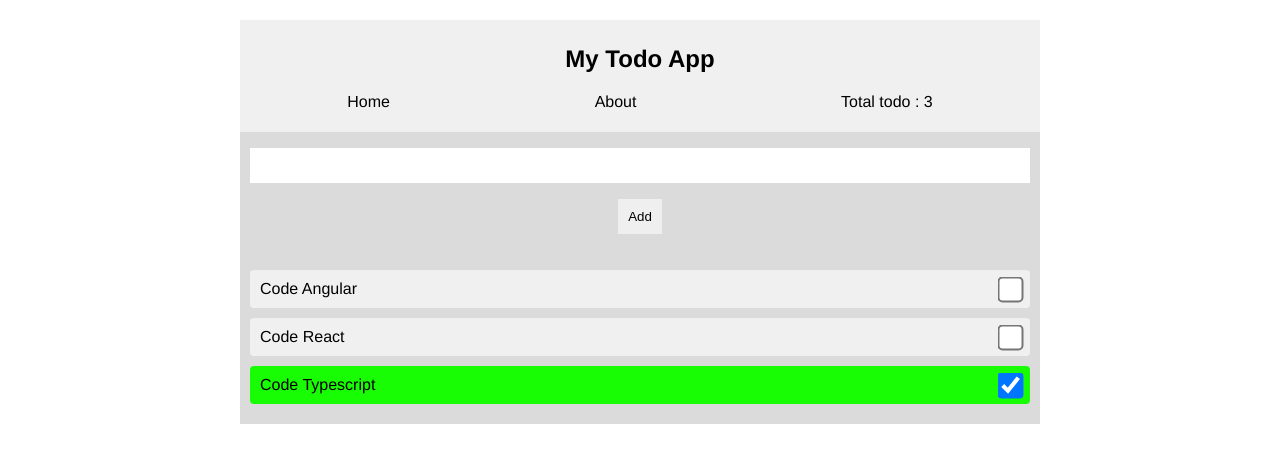
Repository: DTien93/Todo-Typescript
Page: / (app in my-app/)
The author's editor kept a copy of each file at every save. The page is drawn from the files as they stood at one save, then again after the next save.
The browser window is 1280 px wide. The pictures show the whole page.
The project was rebuilt for these pictures with package versions that can differ from the ones it lists, and the page was loaded fresh each time. Imported but missing from the stored project, and not drawn on this page: my-app/src/serviceWorker.

Above is the page before, as saved 2021-10-16 22:26:08.

### my-app/src/index.tsx
import React from 'react';
import ReactDOM from 'react-dom';
import './index.css';
import App from './App';
import store from './store'
import { Provider } from 'react-redux';
import * as serviceWorker from './serviceWorker';

ReactDOM.render(
  <React.StrictMode>
    <Provider store={store}>
      <App />
      </Provider>
  </React.StrictMode>,
  document.getElementById('root')
);

// If you want your app to work offline and load faster, you can change
// unregister() to register() below. Note this comes with some pitfalls.
// Learn more about service workers: https://bit.ly/CRA-PWA
serviceWorker.unregister();

### my-app/src/index.css
.App {
  font-family: Avenir, Helvetica, Arial, sans-serif;
  -webkit-font-smoothing: antialiased;
  -moz-osx-font-smoothing: grayscale;
  background: rgb(219, 219, 219);
  margin: 20px auto;
  width: 90%;
  max-width: 800px;
 }

### my-app/src/App.tsx
import React from 'react'
import './App.css'
import './index.css'
import Navbar from './components/Navbar'
import Todos from './components/Todos'
const App = () => {
  return (
    <div className='App'>
      <Navbar />
      <Todos/>
    </div>
  )
}

export default App

### my-app/src/store/index.ts
import { configureStore } from '@reduxjs/toolkit'
import todosReducer  from './reducers/TodoSlice'

// Create store save data
const store = configureStore({
    reducer: {
        todosReducer
    }
})

// Export store
export default  store

### my-app/src/App.css
.todo-list ul {
  padding: 0 10px 10px 10px;
  list-style-type: none;
 }

 .todo-list li {
  padding: 10px;
  cursor: pointer;
  margin: 10px 0;
  border-radius: 4px;
  background: rgb(240, 240, 240);
  color: black;
 }

 .todo-list li input[type='checkbox'] {
  -ms-transform: scale(2); /* IE */
  -moz-transform: scale(2); /* FF */
  -webkit-transform: scale(2); /* Safari and Chrome */
  -o-transform: scale(2); /* Opera */
  transform: scale(2);
  padding: 10px;
  float: right;
 }

 .todo-list li.completed {
  background: rgb(24, 252, 4);
 }

 .todo-list li button {
  float: right;
  margin-right: 20px;
 }

 .todo-list li button:hover {
  cursor: pointer;
  background: red;
  color: white;
 }

 /* Navbar */
 .navbar {
  padding: 5px;
  text-align: center;
  background: rgb(240, 240, 240);
  color: black;
 }

 .navbar ul {
  display: flex;
  justify-content: space-around;
  align-items: center;
  list-style: none;
  padding: 0;
 }

 /* TodoForm */
 form {
  padding: 10px;
 }

 input[type='text'] {
  width: 100%;
  box-sizing: border-box;
  padding: 10px;
  margin: 6px 0;
  border: 0;
 }

 input[type='submit'] {
  margin: 10px auto;
  padding: 10px;
  border: 0;
  display: block;
 }

### my-app/src/components/Navbar.tsx
import React from 'react'
import { todosSelector } from '../store/reducers/TodoSlice'
import { useSelector } from 'react-redux'

const Navbar = () => {
    const todos = useSelector(todosSelector)
    return (
        <div className='navbar'>
            <h2>My Todo App</h2>
            <ul>
                <li>Home</li>
                <li>About</li>
                <li>Total todo : {todos.length}</li>
            </ul>
        </div>
    )
}

export default Navbar

### my-app/src/components/Todos.tsx
import React  from 'react'
import { useSelector } from 'react-redux'
import { todosSelector } from '../store/reducers/TodoSlice'
import TodoForm from './TodoForm'


const Todos = () => {
    const todos = useSelector(todosSelector)
    const onToggleChange = (todoId: string)  => {
        console.log(todoId)

    }
    return (
        <div className='todo-list'>
            <TodoForm/>
            <ul>
            {
                todos.map((todo: { title: string, id: string, completed: boolean }) => (
                    <li key={todo.id} className={todo.completed ? 'completed' : ''}>
                        {todo.title}
                        <input type="checkbox"
                            checked={todo.completed}
                            onChange = {() => onToggleChange(todo.id)}
                        />
                    </li>
                ))
            }
          </ul>
        </div>
    )
}

export default Todos

### my-app/src/store/reducers/TodoSlice.tsx
import { createSlice, nanoid } from '@reduxjs/toolkit'

interface TodoState {
    allTodos: {} | any,
}

const initialState: TodoState = {
    allTodos: [
        {
            id: 1,
            title: 'Code Angular',
            completed: false
        },
        {
            id: 2,
            title: 'Code React',
            completed: false
        },
        {
            id: 3,
            title: 'Code Typescript',
            completed: true
        }
    ]
}

export const todoSlice = createSlice({
    name: 'todos',
    initialState,
    reducers: {
        addTodo: {
            reducer(state, action) {
                state.allTodos.unshift( action.payload)
            },
            prepare(title: any): any {
                return  {
                    payload: {
                        id: nanoid(),
                        title,
                        completed: false
                    }
                }
              }
        }
    }
})

// Create Reducer
const todosReducer = todoSlice.reducer

// Selector get data
export const todosSelector = (state: { todosReducer: { allTodos: any } }) => state.todosReducer.allTodos

// Export action
export const { addTodo } = todoSlice.actions

// Export reducers
export default todosReducer

### my-app/src/components/TodoForm.tsx
import React, {useState} from 'react'
import { addTodo } from '../store/reducers/TodoSlice'
// Dispatch action
import { useDispatch } from 'react-redux'


const TodoForm = () => {
    const dispatch = useDispatch()
    const [title, setTitle] = useState('')

    const onChangeTitle = (e: any) => {
        setTitle(e.target.value)
    }

    const onHandleSubmit= (e:any) => {
        e.preventDefault()
        dispatch(addTodo(title))
        setTitle('')
    }

    return (
        <div>
            <form onSubmit={onHandleSubmit}>
                <input type="text" value={title} onChange = {onChangeTitle} />
                <input type="submit" value="Add" />
            </form>
        </div>
    )
}

export default TodoForm

After the next save:
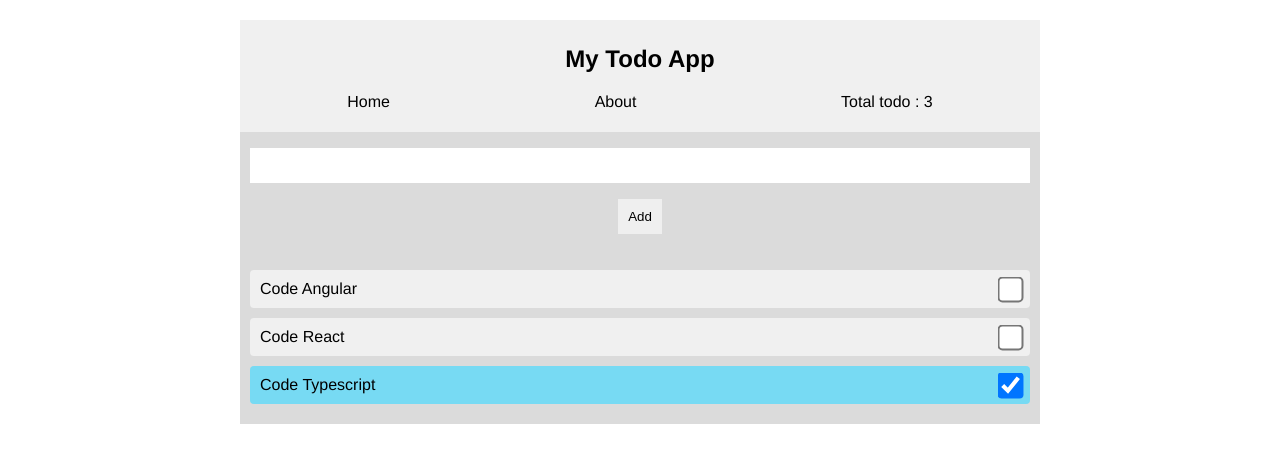
Saved 6 s later.
--- a/my-app/src/App.css
+++ b/my-app/src/App.css
@@ -1,3 +1,4 @@
+
 .todo-list ul {
   padding: 0 10px 10px 10px;
   list-style-type: none;
@@ -23,7 +24,7 @@
  }
 
  .todo-list li.completed {
-  background: rgb(24, 252, 4);
+  background: rgb(119, 218, 243);
  }
 
  .todo-list li button {
